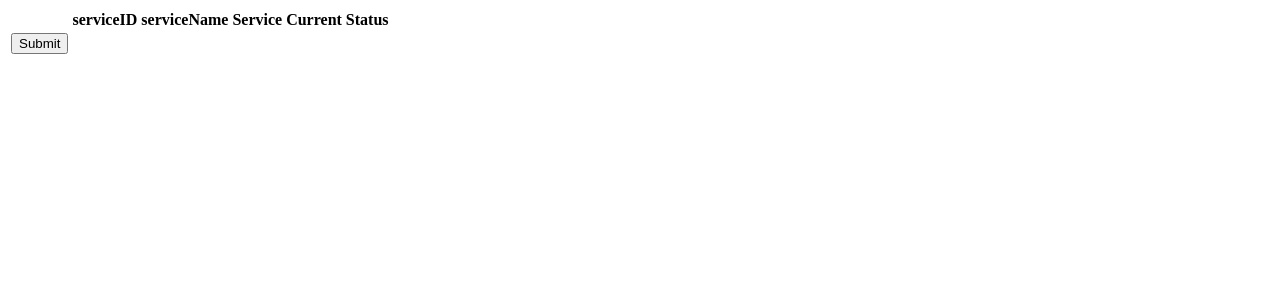
Repository: suma94/MyProjects
Page: http://localhost/SelfServiceSales/Display.jsp
These files come from the project's save history. The page is drawn as it stood at one moment and after the next save; the edit follows.
The browser window is 1280 px wide. The pictures show the whole page.
The page is served by Tomcat 9. Other server files are loaded and not shown.

Above is the page before, as saved 2015-08-26 04:29:05.

### SelfServiceSales/WebContent/Display.jsp
<%@ page language="java" contentType="text/html; charset=ISO-8859-1"
    pageEncoding="ISO-8859-1"%>
    <%@ taglib uri="http://java.sun.com/jsp/jstl/core" prefix="c" %>
<!DOCTYPE html PUBLIC "-//W3C//DTD HTML 4.01 Transitional//EN" "http://www.w3.org/TR/html4/loose.dtd">
<html>
<head>
<meta http-equiv="Content-Type" content="text/html; charset=ISO-8859-1">
<link rel="stylesheet" type="text/css" href="styles.css">
<title>Insert title here</title>

</head>
<body>
	<form action="SuspendComplete" method="post">
		<table>
			<tr>
				<th><th>serviceID<th>serviceName<th>Service Current Status</th>
			</tr>
			<c:forEach var="e" items="${infols}">
			<tr>
				<td><input type="radio" name="services" value="${e.service_id}"> </td>
				<td><c:out value="${e.service_id}"></c:out> </td>
				<td><c:out value="${e.service_name}"></c:out> </td>
				<td><c:out value="${e.service_current_status}"></c:out> </td>
			</tr>
			</c:forEach>
			<tr>
				<td><input type="submit" value="Submit"name="Suspend"></td>
			</tr>
		</table>
	</form>
</body>
</html>

### SelfServiceSales/WebContent/styles.css
.vz-standard-font
{
	font-family:arial;
}
.vzh1
{
	font-family:arial;
	font-style:bold;
	font-size:28px;
	color:#B00000;
}
.vzh2
{
	font-family:arial;
	font-style:bold;
	font-size:24px;
	color:#B00000;
}
.vzh3
{
	font-family:arial;
	font-style:bold;
	font-size:21.33px;
	color:#333333;
}
.vzh4
{
	font-family:arial;
	font-style:bold;
	font-size:18.66px;
	color:#333333;

}
.vzh5
{
	font-family:arial;
	font-style:bold;
	font-size:16px;
	color:#333333;
}
.vzh6
{
	font-family:arial;
	font-style:bold;
	font-size:14.66px;
	color:#333333;
}
.vzred
{
	color:#ED1C24;
}
.vzdarkgrey
{
	color:#595A5D;
}
.vzgrey
{
	color:#D2D3D4;
}
.vzlightgrey
{
	color:#ECEDEE;
}
.vzsecondary1
{
	color:rgb(115,185,176);
}
.vzsecondary2
{
	color:rgb(259,223,76);
}
.vzsecondary3
{
	color:rgb(74,154,77);
}.vzsecondary4
{
	color:rgb(46,103,178);
}
.vzsecondary5
{
	color:rgb(196,159,57);
}
.vzsecondary6
{
	color:rgb(210,102,159);
}
.vzsecondary7
{
	color:rgb(127,52,131);
}
.vzsecondary8
{
	color:rgb(49,149,169);
}
a.vzlink:link {
     font-family:Arial; color:#0066CC; text-decoration:underline;
}

/* visited link */
a.vzlink:visited {
  font-family:Arial; color:#990099; text-decoration:none;

}

/* mouse over link */
a .vzlink:hover {
   font-family:Arial; color:#0066CC; text-decoration:underline;
}

/* selected link */
a.vzlink:active {
font-family:Arial; color:#B00000; text-decoration:none;
}

.vzbtn {
  -webkit-border-radius: 6;
  -moz-border-radius: 6;
 padding: 10px 16px;
font-size: 18px;
line-height: 1.33333;
border-radius: 6px;
margin-bottom: 0px;
font-weight: 400;
text-align: center;
white-space: nowrap;
vertical-align: middle;
cursor: pointer;
-moz-user-select: none;
background-image: none;
border: 1px solid transparent;

  font-family: Arial;
  color: #ffffff;

  background: #d51e27;

  text-decoration: none;
}
.vzbtn:focus {outline:0;}

.vzbtn:hover {
  text-decoration: none;
}
.vzbtnsmall {
  -webkit-border-radius: 3;
  -moz-border-radius: 3;
  padding: 5px 10px;
    padding-top: 5px;
    padding-right: 10px;
    padding-bottom: 5px;
    padding-left: 10px;
font-size: 12px;
line-height: 1.5;
border-radius: 3px;
display: inline-block;
margin-bottom: 0px;
font-weight: 400;
text-align: center;
white-space: nowrap;
vertical-align: middle;
cursor: pointer;
-moz-user-select: none;
background-image: none;
border: 1px solid transparent;

  font-family: Arial;
  color: #ffffff;

  background: #d51e27;

  text-decoration: none;
}
.vzbtnsmall:focus {outline:0;}

.vzbtnsmall:hover {
  text-decoration: none;
}
.vzbtnmedium {
	padding: 6px 12px;
margin-bottom: 0px;
font-size: 14px;
font-weight: 400;
line-height: 1.42857;
text-align: center;
white-space: nowrap;
vertical-align: middle;
cursor: pointer;
-moz-user-select: none;
background-image: none;
border: 1px solid transparent;
border-radius: 4px;
  -webkit-border-radius: 4;
  -moz-border-radius: 4;



  font-family: Arial;
  color: #ffffff;

  background: #d51e27;

  text-decoration: none;
}
.vzbtnmedium:focus {outline:0;}

.vzbtnmedium:hover {
  text-decoration: none;
}
.vzbtnxsmall {
	padding: 1px 5px;
    padding-top: 1px;
    padding-right: 5px;
    padding-bottom: 1px;
    padding-left: 5px;
font-size: 12px;
line-height: 1.5;
border-radius: 3px;
	display: inline-block;
margin-bottom: 0px;
font-weight: 400;
text-align: center;
white-space: nowrap;
vertical-align: middle;
cursor: pointer;
-moz-user-select: none;
background-image: none;
border: 1px solid transparent;

border-radius: 3px;
  -webkit-border-radius: 3;
  -moz-border-radius: 3;



  font-family: Arial;
  color: #ffffff;

  background: #d51e27;

  text-decoration: none;
}
.vzbtnxsmall:focus {outline:0;}

.vzbtnxsmall:hover {
  text-decoration: none;
}
.vzbtn1{
  -webkit-border-radius: 6;
  -moz-border-radius: 6;
 padding: 10px 16px;
font-size: 18px;
line-height: 1.33333;
border-radius: 6px;
margin-bottom: 0px;
font-weight: 400;
text-align: center;
white-space: nowrap;
vertical-align: middle;
cursor: pointer;
-moz-user-select: none;
background-image: none;
border: 1px solid transparent;

  font-family: Arial;
  color: #ffffff;

  background: #464a4f;

  text-decoration: none;
}
.vzbtn1:focus {outline:0;}

.vzbtn1:hover {
  text-decoration: none;
}
.vzbtn1small {
  -webkit-border-radius: 3;
  -moz-border-radius: 3;
  padding: 5px 10px;
    padding-top: 5px;
    padding-right: 10px;
    padding-bottom: 5px;
    padding-left: 10px;
font-size: 12px;
line-height: 1.5;
border-radius: 3px;
display: inline-block;
margin-bottom: 0px;
font-weight: 400;
text-align: center;
white-space: nowrap;
vertical-align: middle;
cursor: pointer;
-moz-user-select: none;
background-image: none;
border: 1px solid transparent;

  font-family: Arial;
  color: #ffffff;

  background: #464a4f;

  text-decoration: none;
}
.vzbtn1small:focus {outline:0;}

.vzbtn1small:hover {
  text-decoration: none;
}
.vzbtn1medium {
	padding: 6px 12px;
margin-bottom: 0px;
font-size: 14px;
font-weight: 400;
line-height: 1.42857;
text-align: center;
white-space: nowrap;
vertical-align: middle;
cursor: pointer;
-moz-user-select: none;
background-image: none;
border: 1px solid transparent;
border-radius: 4px;
  -webkit-border-radius: 4;
  -moz-border-radius: 4;



  font-family: Arial;
  color: #ffffff;

  background: #464a4f;

  text-decoration: none;
}
.vzbtn1medium:focus {outline:0;}

.vzbtn1medium:hover {
  text-decoration: none;
}
.vzbtn1xsmall {
	padding: 1px 5px;
    padding-top: 1px;
    padding-right: 5px;
    padding-bottom: 1px;
    padding-left: 5px;
font-size: 12px;
line-height: 1.5;
border-radius: 3px;
	display: inline-block;
margin-bottom: 0px;
font-weight: 400;
text-align: center;
white-space: nowrap;
vertical-align: middle;
cursor: pointer;
-moz-user-select: none;
background-image: none;
border: 1px solid transparent;

border-radius: 3px;
  -webkit-border-radius: 3;
  -moz-border-radius: 3;



  font-family: Arial;
  color: #ffffff;

  background: #464a4f;

  text-decoration: none;
}
.vzbtn1xsmall:focus {outline:0;}

.vzbtnx1small:hover {
  text-decoration: none;
}


.vzbtn2{
  -webkit-border-radius: 7;
  -moz-border-radius: 7;
  border-radius: 7px;

  font-family: Arial;
  color: #818181;
  font-size: 14px;
  background: #e3e6e5;
  padding: 10px 20px 10px 20px;
  text-decoration: none;
}
.vzbtn2:focus {outline:0;}
.vzbtn2:hover {
  text-decoration: none;
}
.vzbtn2{
  -webkit-border-radius: 6;
  -moz-border-radius: 6;
 padding: 10px 16px;
font-size: 18px;
line-height: 1.33333;
border-radius: 6px;
margin-bottom: 0px;
font-weight: 400;
text-align: center;
white-space: nowrap;
vertical-align: middle;
cursor: pointer;
-moz-user-select: none;
background-image: none;
border: 1px solid transparent;

  font-family: Arial;
  color: #ffffff;

  background: #e3e6e5;

  text-decoration: none;
}
.vzbtn2:focus {outline:0;}

.vzbtn2:hover {
  text-decoration: none;
}
.vzbtn2small {
  -webkit-border-radius: 3;
  -moz-border-radius: 3;
  padding: 5px 10px;
    padding-top: 5px;
    padding-right: 10px;
    padding-bottom: 5px;
    padding-left: 10px;
font-size: 12px;
line-height: 1.5;
border-radius: 3px;
display: inline-block;
margin-bottom: 0px;
font-weight: 400;
text-align: center;
white-space: nowrap;
vertical-align: middle;
cursor: pointer;
-moz-user-select: none;
background-image: none;
border: 1px solid transparent;

  font-family: Arial;
  color: #ffffff;

  background: #e3e6e5;

  text-decoration: none;
}
.vzbtn2small:focus {outline:0;}

.vzbtn2small:hover {
  text-decoration: none;
}
.vzbtn2medium {
	padding: 6px 12px;
margin-bottom: 0px;
font-size: 14px;
font-weight: 400;
line-height: 1.42857;
text-align: center;
white-space: nowrap;
vertical-align: middle;
cursor: pointer;
-moz-user-select: none;
background-image: none;
border: 1px solid transparent;
border-radius: 4px;
  -webkit-border-radius: 4;
  -moz-border-radius: 4;



  font-family: Arial;
  color: #ffffff;

  background: #e3e6e5;

  text-decoration: none;
}
.vzbtn2medium:focus {outline:0;}

.vzbtn2medium:hover {
  text-decoration: none;
}
.vzbtn2xsmall {
	padding: 1px 5px;
    padding-top: 1px;
    padding-right: 5px;
    padding-bottom: 1px;
    padding-left: 5px;
font-size: 12px;
line-height: 1.5;
border-radius: 3px;
	display: inline-block;
margin-bottom: 0px;
font-weight: 400;
text-align: center;
white-space: nowrap;
vertical-align: middle;
cursor: pointer;
-moz-user-select: none;
background-image: none;
border: 1px solid transparent;

border-radius: 3px;
  -webkit-border-radius: 3;
  -moz-border-radius: 3;



  font-family: Arial;
  color: #ffffff;

  background: #e3e6e5;

  text-decoration: none;
}
.vzbtn2xsmall:focus {outline:0;}

.vzbtnx2small:hover {
  text-decoration: none;
}

.vztext {
  display: inline-block;
  -webkit-box-sizing: content-box;
  -moz-box-sizing: content-box;
  box-sizing: content-box;
  padding: 10px 20px;
  border: 1px solid #b7b7b7;
  -webkit-border-radius: 3px;
  border-radius: 3px;
  font: normal 14px/normal Arial, Helvetica, sans-serif;
  color: rgba(40,40,40,1);
  -o-text-overflow: clip;
  text-overflow: clip;
  background: #ecf0f1;
  -webkit-box-shadow: 2px 2px 2px 0 rgba(0,0,0,0.2) inset;
  box-shadow: 2px 2px 2px 0 rgba(0,0,0,0.2) inset;
  text-shadow: 1px 1px 0 rgba(255,255,255,0.66) ;
  -webkit-transition: all 200ms cubic-bezier(0.42, 0, 0.58, 1);
  -moz-transition: all 200ms cubic-bezier(0.42, 0, 0.58, 1);
  -o-transition: all 200ms cubic-bezier(0.42, 0, 0.58, 1);
  transition: all 200ms cubic-bezier(0.42, 0, 0.58, 1);
}

.vztextarea
{

background:#ecf0f1;
color: rgba(40,40,40,1);
border:1px solid #DCDCDC;
border-radius:2px ;
font-size:12px ;
width: 222px ;
padding: 2px ;
box-shadow: 2px 2px 2px 0 rgba(0,0,0,0.2) inset;
-webkit-box-shadow: -2px 0px 8px #DCDCDC;
-moz-box-shadow: -2px 0px 8px #DCDCDC;
}
.vztextarea:focus, input:focus{
    outline: 0;
}
.vztable {
	margin:0px;padding:0px;
	width:100%;
	border:1px solid #000000;

	-moz-border-radius-bottomleft:6px;
	-webkit-border-bottom-left-radius:6px;
	border-bottom-left-radius:6px;

	-moz-border-radius-bottomright:6px;
	-webkit-border-bottom-right-radius:6px;
	border-bottom-right-radius:6px;

	-moz-border-radius-topright:6px;
	-webkit-border-top-right-radius:6px;
	border-top-right-radius:6px;

	-moz-border-radius-topleft:6px;
	-webkit-border-top-left-radius:6px;
	border-top-left-radius:6px;
}.vztable table{
    border-collapse: collapse;
        border-spacing: 0;
	width:100%;
	height:100%;
	margin:0px;padding:0px;
}.vztable tr:last-child td:last-child {
	-moz-border-radius-bottomright:6px;
	-webkit-border-bottom-right-radius:6px;
	border-bottom-right-radius:6px;
}
.vztable table tr:first-child td:first-child {
	-moz-border-radius-topleft:6px;
	-webkit-border-top-left-radius:6px;
	border-top-left-radius:6px;
}
.vztable table tr:first-child td:last-child {
	-moz-border-radius-topright:6px;
	-webkit-border-top-right-radius:6px;
	border-top-right-radius:6px;
}.vztable tr:last-child td:first-child{
	-moz-border-radius-bottomleft:6px;
	-webkit-border-bottom-left-radius:6px;
	border-bottom-left-radius:6px;
}.vztable tr:hover td{

}
.vztable tr:nth-child(odd){ background-color:#f3f3f5; }
.vztable tr:nth-child(even)    { background-color:#ffffff; }.vztable td{
	vertical-align:middle;


	border:1px solid #000000;
	border-width:0px 1px 1px 0px;
	text-align:center;
	padding:10px;
	font-size:13px;
	font-family:Arial;
	font-weight:normal;
	color:#000000;
}.vztable tr:last-child td{
	border-width:0px 1px 0px 0px;
}.vztable tr td:last-child{
	border-width:0px 0px 1px 0px;
}.vztable tr:last-child td:last-child{
	border-width:0px 0px 0px 0px;
}
.vztable tr:first-child td{
		background:-o-linear-gradient(bottom, #595a5d 5%, #595a5d 100%);	background:-webkit-gradient( linear, left top, left bottom, color-stop(0.05, #595a5d), color-stop(1, #595a5d) );
	background:-moz-linear-gradient( center top, #595a5d 5%, #595a5d 100% );
	filter:progid:DXImageTransform.Microsoft.gradient(startColorstr="#595a5d", endColorstr="#595a5d");	background: -o-linear-gradient(top,#595a5d,595a5d);

	background-color:#595a5d;
	border:0px solid #000000;
	text-align:center;
	border-width:0px 0px 1px 1px;
	font-size:14px;
	font-family:Arial;
	font-weight:bold;
	color:#ffffff;
}
.vztable tr:first-child:hover td{
	background:-o-linear-gradient(bottom, #595a5d 5%, #595a5d 100%);	background:-webkit-gradient( linear, left top, left bottom, color-stop(0.05, #595a5d), color-stop(1, #595a5d) );
	background:-moz-linear-gradient( center top, #595a5d 5%, #595a5d 100% );
	filter:progid:DXImageTransform.Microsoft.gradient(startColorstr="#595a5d", endColorstr="#595a5d");	background: -o-linear-gradient(top,#595a5d,595a5d);

	background-color:#595a5d;
}
.vztable tr:first-child td:first-child{
	border-width:0px 0px 1px 0px;
}
.vztable tr:first-child td:last-child{
	border-width:0px 0px 1px 1px;
}

.vztable1 {
	margin:0px;padding:0px;
	width:100%;
	border:1px solid #000000;

	-moz-border-radius-bottomleft:6px;
	-webkit-border-bottom-left-radius:6px;
	border-bottom-left-radius:6px;

	-moz-border-radius-bottomright:6px;
	-webkit-border-bottom-right-radius:6px;
	border-bottom-right-radius:6px;

	-moz-border-radius-topright:6px;
	-webkit-border-top-right-radius:6px;
	border-top-right-radius:6px;

	-moz-border-radius-topleft:6px;
	-webkit-border-top-left-radius:6px;
	border-top-left-radius:6px;
}.vztable1 table{
    border-collapse: collapse;
        border-spacing: 0;
	width:100%;
	height:100%;
	margin:0px;padding:0px;
}.vztable1 tr:last-child td:last-child {
	-moz-border-radius-bottomright:6px;
	-webkit-border-bottom-right-radius:6px;
	border-bottom-right-radius:6px;
}
.vztable1 table tr:first-child td:first-child {
	-moz-border-radius-topleft:6px;
	-webkit-border-top-left-radius:6px;
	border-top-left-radius:6px;
}
.vztable1 table tr:first-child td:last-child {
	-moz-border-radius-topright:6px;
	-webkit-border-top-right-radius:6px;
	border-top-right-radius:6px;
}.vztable1 tr:last-child td:first-child{
	-moz-border-radius-bottomleft:6px;
	-webkit-border-bottom-left-radius:6px;
	border-bottom-left-radius:6px;
}.vztable1 tr:hover td{

}
.vztable1 tr:nth-child(odd){ background-color:#f3f3f5; }
.vztable1 tr:nth-child(even)    { background-color:#ffffff; }.vztable1 td{
	vertical-align:middle;


	border:1px solid #000000;
	border-width:0px 1px 1px 0px;
	text-align:center;
	padding:10px;
	font-size:13px;
	font-family:Arial;
	font-weight:normal;
	color:#000000;
}.vztable1 tr:last-child td{
	border-width:0px 1px 0px 0px;
}.vztable1 tr td:last-child{
	border-width:0px 0px 1px 0px;
}.vztable1 tr:last-child td:last-child{
	border-width:0px 0px 0px 0px;
}
.vztable1 tr:first-child td{
		/* background:-o-linear-gradient(bottom, #595a5d 5%, #595a5d 100%);	background:-webkit-gradient( linear, left top, left bottom, color-stop(0.05, #595a5d), color-stop(1, #595a5d) );
	background:-moz-linear-gradient( center top, #595a5d 5%, #595a5d 100% ); */
	filter:progid:DXImageTransform.Microsoft.gradient(startColorstr="#595a5d", endColorstr="#595a5d");	background: -o-linear-gradient(top,#595a5d,595a5d);


	border:0px solid #000000;
	text-align:center;
	border-width:0px 0px 1px 1px;
	font-size:14px;
	font-family:Arial;


}
/* .vztable1 tr:first-child:hover td{
	background:-o-linear-gradient(bottom, #595a5d 5%, #595a5d 100%);	background:-webkit-gradient( linear, left top, left bottom, color-stop(0.05, #595a5d), color-stop(1, #595a5d) );
	background:-moz-linear-gradient( center top, #595a5d 5%, #595a5d 100% );
	filter:progid:DXImageTransform.Microsoft.gradient(startColorstr="#595a5d", endColorstr="#595a5d");	background: -o-linear-gradient(top,#595a5d,595a5d);

	background-color:#595a5d;
} */
.vztable1 tr:first-child td:first-child{
	border-width:0px 0px 1px 0px;
}
.vztable1 tr:first-child td:last-child{
	border-width:0px 0px 1px 1px;
}


.vzresponsive-container { position: relative; padding-bottom: 56.25%; padding-top: 30px; height: 0; overflow: hidden; }

.vzresponsive-container iframe { position: absolute; top: 0; left: 0; width: 100%; height: 100%; }
.vzlogoContainer {
  width: 20%;
}
.vzlogoContainer img {
max-width: 100%;
}
input[type=radio], input[type=checkbox] {
	    display:none;
	}
input[type=radio] + label:before {
	    content: "";
	    display: inline-block;
	    width: 15px;
	    height: 15px;
	    vertical-align:middle;
	    margin-right: 8px;
	    background-color: #aaa;
	    box-shadow: inset 0px 2px 2px rgba(0, 0, 0, .3);
	    border-radius: 8px;
	}
input[type=checkbox] + label:before {
	    content: "";
	    display: inline-block;
	    width: 15px;
	    height: 15px;
	    vertical-align:middle;
	    margin-right: 8px;
	    background-color: #aaa;
	    box-shadow: inset 0px 2px 2px rgba(0, 0, 0, .3);
	    border-radius: 4px;
	}
input[type=radio]:checked + label:before {
		content: "\2022";
		color:white;
	    background-color: #666;
		font-size:1.8em;
		text-align:center;
		line-height:14px;
		text-shadow:0px 0px 3px #eee;
	}
input[type=checkbox]:checked + label:before {
		content:"\2714";
		color:white;
	    background-color: #666;
		text-align:center;
		line-height:15px;
	    text-shadow:0px 0px 3px #eee;
	}
	.vznavbar-inverse
	{
		background-color: #FFFFFF;
		}
.vznavbar-inverse .vznavbar-nav>.vzactive>a:hover,
.vznavbar-inverse .vznavbar-nav>li>a:hover,
.vznavbar-inverse .vznavbar-nav>li>a:focus
 {
	 background-color: #FFFFFF;
	 }
.vznavbar-inverse .vznavbar-nav>.vzactive>a,
.vznavbar-inverse .vznavbar-nav>.vzopen>a,
.vznavbar-inverse .vznavbar-nav>.vzopen>a,
.vznavbar-inverse .vznavbar-nav>.vzopen>a:hover,
.vznavbar-inverse .vznavbar-nav>.vzopen>a,
.vznavbar-inverse .vznavbar-nav>.vzopen>a:hover,
.vznavbar-inverse .vznavbar-nav>.vzopen>a:focus
{
	background-color: #FFFFFF;
	}
.vzdropdown-menu
{
	background-color: #D2D3D4;
	}
.vzdropdown-menu>li>a:hover,
.vzdropdown-menu>li>a:focus
{
	background-color: #080808;
	}
.vznavbar-inverse
{
	background-image: none;
	}
.vzdropdown-menu>li>a:hover,
.vzdropdown-menu>li>a:focus
{
	background-image: none;
	}
.vznavbar-inverse {
	border-color: #d2d3d4;
	}
.vznavbar-inverse .vznavbar-brand
{
	color: #994812;
	}
.vznavbar-inverse .vznavbar-brand:hover {
	color: #ED1C24
	}
.vznavbar-inverse .vznavbar-nav>li>a
{
	color: #080808;
	}
.vznavbar-inverse .vznavbar-nav>li>a:hover,
.vznavbar-inverse .vznavbar-nav>li>a:focus
{
	color: #ED1C24;
	}
.vznavbar-inverse .vznavbar-nav>.vzactive>a,
.vznavbar-inverse .vznavbar-nav>.vzopen>a,
.vznavbar-inverse .vznavbar-nav>.vzopen>a:hover,
.vznavbar-inverse .vznavbar-nav>.vzopen>a:focus
{
	color: #ED1C24;
	}
.vznavbar-inverse .vznavbar-nav>.vzactive>a:hover,
.vznavbar-inverse .vznavbar-nav>.vzactive>a:focus
{
	color: #ED1C24;
	}
.vzdropdown-menu>li>a
{
color: #080808;
}
.vzdropdown-menu>li>a:hover,
.vzdropdown-menu>li>a:focus
{
	color: #FFFFFF;
}
.vznavbar-inverse .vznavbar-nav>.vzdropdown>a .vzcaret
{
	border-top-color: #080808;
	}
.vznavbar-inverse .vznavbar-nav>.vzdropdown>a:hover .vzcaret
 {
	 border-top-color: #ED1C24;
	 }
.vznavbar-inverse .vznavbar-nav>.vzdropdown>a .vzcaret
{
	border-bottom-color: #080808;
	}
.vznavbar-inverse .vznavbar-nav>.vzdropdown>a:hover .vzcaret
{
	border-bottom-color: #ED1C24;
	}

.inputwrap label {
    display: inline-block;
    width: 100px;
    text-align: right;
}
.select-style {
    /* border: 1px solid #ccc; */
    width: 120px;
    border-radius: 3px;
    overflow: hidden;
    background:  url("menu-icon.png") no-repeat 90% 50%;
	background-color:#d2d3d4;
}

.select-style select {
    padding: 5px 8px;
    width: 130%;
    border: none;
    box-shadow: none;
    background:transparent;
    background-image: none;
    -webkit-appearance: none;
}


.select-style select:focus {
    outline: none;
}

.wrapper         {width:100%;height:100%;margin:0 auto;background:#ffffff}
.h_iframe        {position:relative;}
.h_iframe .ratio {display:block;width:100%;height:auto;}
.h_iframe iframe {position:absolute;top:0;left:0;width:100%; height:100%;}

After the next save:
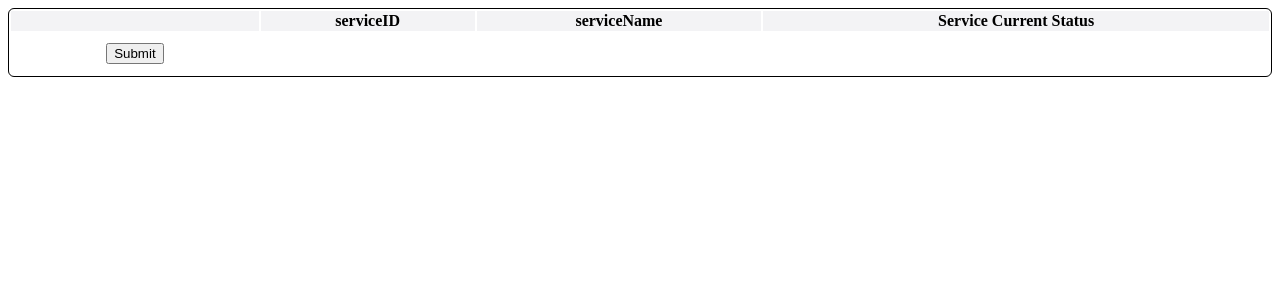
Saved 99 s later.
--- a/SelfServiceSales/WebContent/Display.jsp
+++ b/SelfServiceSales/WebContent/Display.jsp
@@ -11,7 +11,7 @@
 </head>
 <body>
 	<form action="SuspendComplete" method="post">
-		<table>
+		<table class="vztable" >
 			<tr>
 				<th><th>serviceID<th>serviceName<th>Service Current Status</th>
 			</tr>
